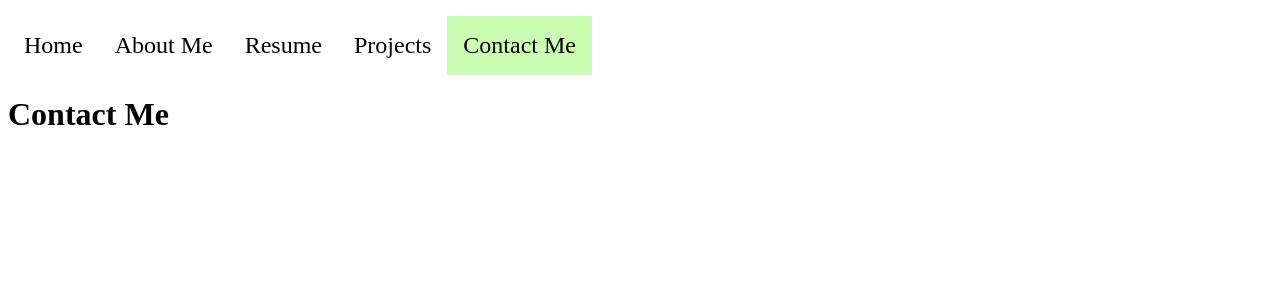
Repository: meganclapinski/meganclapinski.github.io
Page: contactme.html
The author's editor kept a record of every edit. The page is drawn from the files as they stood at one moment, then again after the next edit.
The browser window is 1280 px wide. The pictures show the whole page.

Above is the page before.

### contactme.html
<!DOCTYPE html>
<html>
   <head>
   <title>Megan's Portfolio</title>

   <link rel="stylesheet" type="text/css" href="style.css">

   </head>
   <body>
        <ul class="navbar">
            <li> <a href="index.html" >Home</a></li>
             <li> <a href="aboutme.html">About Me</a></li>
            <li> <a href="resume.html" >Resume</a></li>

            <li class= "dropdown">
              <div>Projects</div>
              <ul class="dropdown-content">
                  <li> <a href="project1.html">Project 1</a></li>
                  <li> <a href="project2.html">Project 2</a></li>
                  <li> <a href="project3.html">Project 3</a></li>


                  </ul>
                 <li class="active"> <a href="contactme.html">Contact Me</a></li>
            </li>

        </ul>

        <h1>Contact Me</h1>

### style.css
 .navbar{
           list-style:none;
           background-color:white;
           overflow: hidden;
           padding: 0;
       }
       .navbar a, .dropdown div {
           text-decoration:none;
           color:black;
           font-size: 24px;
           padding: 16px ;
           display:inline-block ;
       }
       .navbar li{
           float:left;

       }
       .navbar li:hover{
           background-color:#99ccff;
       }
       .dropdown-content{
           list-style:none;
           padding:0;
           display:none;
           position:absolute;
           z-index:1;
           background-color:#ccffb3;
       }
       .dropdown-content li{
           float:none;

       }
       .dropdown:hover .dropdown-content{
           display:block;
       }
        .active {
           background-color:#ccffb3;
       }

After the next edit:
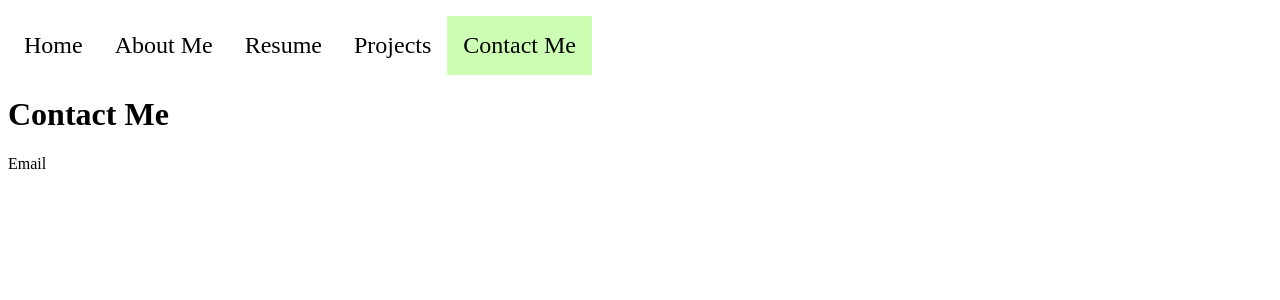
The edit:
--- a/contactme.html
+++ b/contactme.html
@@ -27,3 +27,4 @@
         </ul>
 
         <h1>Contact Me</h1>
+            <p> Email
